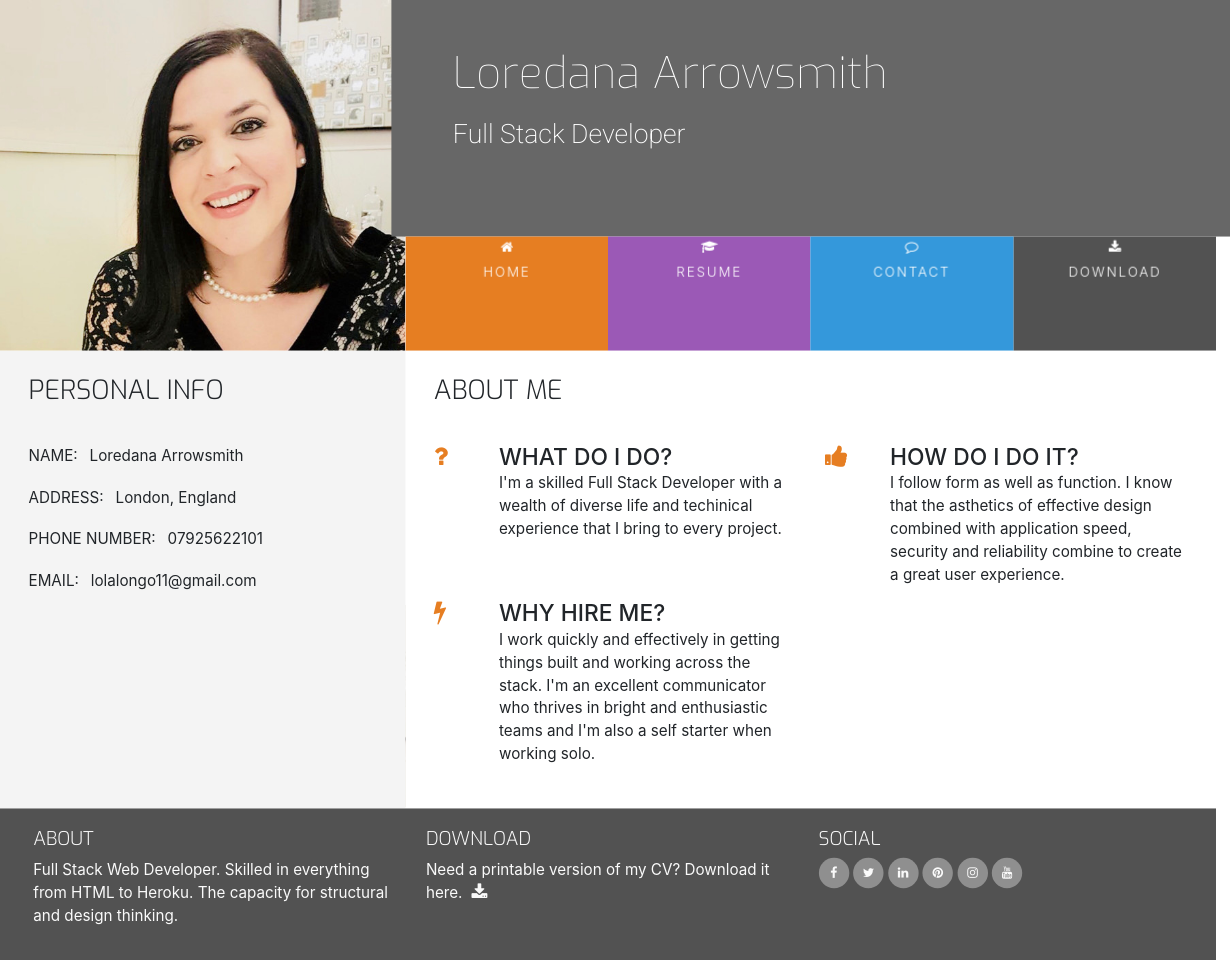
Repository: lolalongo11/Loredana-Resume
Page: index.html
The author's editor kept a record of every edit. The page is drawn from the files as they stood at one moment, then again after the next edit.
The browser window is 1280 px wide. The page is 1295 px wide, so the pictures cover 1295 px, including what lies to the right of the window. The pictures show the whole page, at 95% of full size.

Above is the page before.

### index.html
<!DOCTYPE html>
<html lang="en">

<head>
    <meta charset="UTF-8">
    <meta name="viewport" content="width=device-width, initial-scale=1.0">
    <meta http-equiv="X-UA-Compatible" content="ie=edge">
    <link rel="stylesheet" href="https://stackpath.bootstrapcdn.com/bootstrap/4.3.1/css/bootstrap.min.css" type="text/css" />
    <link rel="stylesheet" href="https://stackpath.bootstrapcdn.com/font-awesome/4.7.0/css/font-awesome.min.css" type="text/css" />
    <link rel="stylesheet" href="https://cdnjs.cloudflare.com/ajax/libs/hover.css/2.3.1/css/hover-min.css" type="text/css" />
    <link rel="stylesheet" href="assets/css/style.css" type="text/css" />
    <title>Loredana</title>
</head>

<body>
    <header>
        <div class="row no-gutters">
            <a href="index.html" class="col-md-4 logo">
                </a>

            <div class="col-md-8 no-gutters">
                <div class="row bg-color-name-title">
                    <div class="col heading">
                        <h1 class="name">Loredana Arrowsmith</h1>
                        <h2 class="title">Full Stack Developer</h2>
                    </div>
                </div>
                <div class="col no-gutters">
                    <ul id="nav" class="list-inline menucontainer">
                        <li class="col-6 col-sm-3 ui-menu-color-home list-inline-item menuitem">
                            <a href="#" class="hvr-sweep-to-bottom"><i class="fa fa-home" aria-hidden="true"></i><span>Home</span></a>
                        </li>
                        <li class="col-6 col-sm-3 ui-menu-color-resume list-inline-item menuitem">
                            <a href="#" class="hvr-sweep-to-bottom"><i class="fa fa-graduation-cap" aria-hidden="true"></i><span>Resume</span></a>
                        </li>
                        <li class="col-6 col-sm-3 ui-menu-color-contact list-inline-item menuitem">
                            <a href="#" class="hvr-sweep-to-bottom"><i class="fa fa-comment-o" aria-hidden="true"></i><span>Contact</span></a>
                        </li>
                        <li class="col-6 col-sm-3 ui-menu-color-download list-inline-item menuitem">
                            <a href="#" class="hvr-sweep-to-bottom"><i class="fa fa-download" aria-hidden="true"></i><span>Download</span></a>
                        </li>
                    </ul>
                </div>
            </div>
        </div>

    </header>
    <section class="container-fluid">
        <div class="row">
            <div class="col-md-4 bg-color-personal-info section-column">
                <div class="row">
                    <div class="col-12">
                        <h3 class="section-heading uppercase">
                            Personal Info
                        </h3>
                    </div>
                </div>
                <div class="personal-info-item">
                    <div class="key">
                        <p class="uppercase">
                            Name:
                        </p>
                    </div>
                    <div class="value">
                        <p>
                            Loredana Arrowsmith
                        </p>
                    </div>
                </div>
                <div class="personal-info-item">
                    <div class="key">
                        <p class="uppercase">
                            Address:
                        </p>
                    </div>
                    <div class="value">
                        <p>
                            London, England
                        </p>
                    </div>
                </div>
                 <div class="personal-info-item">
                    <div class="key">
                        <p class="uppercase">
                            Phone Number:
                        </p>
                    </div>
                    <div class="value">
                        <p>
                            07925622101
                        </p>
                    </div>

                </div>
                 <div class="personal-info-item">
                    <div class="key">
                        <p class="uppercase">
                            Email:
                        </p>
                    </div>
                    <div class="value">
                        <p>
                            lolalongo11@gmail.com
                        </p>
                    </div>

                </div>
            </div>
            <div class="col-md-8 bg-color-three-reasons section-column">
                <div class="row">
                    <div class="col">
                        <h3 class="section-heading uppercase">About Me</h3>
                    </div>
                </div>
                <div class="row">
                    <div class="col-10 offset-1 offset-sm-0 col-sm-4 col-md-6">
                        <div class="row">
                            <div class="col-2">
                                <i class="three-reasons-icon fa fa-question" aria-hidden="true"></i>
                            </div>
                            <div class="col-10">
                                <h4 class="three-reasons-heading uppercase">What do I do?</h4>
                                <p>
                                    I'm a skilled Full Stack Developer with a wealth of diverse life and techinical experience that I bring to every project.
                                </p>
                            </div>
                        </div>
                    </div>
                    <div class="col-10 offset-1 offset-sm-0 col-sm-4 col-md-6">
                        <div class="row">
                            <div class="col-2">
                                <i class="three-reasons-icon fa fa-thumbs-up" aria-hidden="true"></i>
                            </div>
                            <div class="col-10">
                                <h4 class="three-reasons-heading uppercase">How do I do it?</h4>
                                <p>
                                    I follow form as well as function. I know that the asthetics of effective design combined with application speed, security and reliability combine to create a great user experience.
                                </p>
                            </div>
                        </div>
                    </div>
                    <div class="col-10 offset-1 offset-sm-0 col-sm-4 col-md-6">
                        <div class="row">
                            <div class="col-2">
                                <i class="three-reasons-icon fa fa-bolt" aria-hidden="true"></i>
                            </div>
                            <div class="col-10">
                                <h4 class="three-reasons-heading uppercase">Why hire me?</h4>
                                <p>
                                    I work quickly and effectively in getting things built and working across the stack. I'm an excellent communicator who thrives in bright and enthusiastic teams and I'm also a self starter when working solo.
                                </p>
                            </div>
                        </div>
                    </div>
                </div>
            </div>
        </div>
    </section>
    <footer class="container-fluid">
        <div id="footer-details" class="row">
            <div class="col-sm-4">
                <h5 class="uppercase general-sub">About</h5>
                <p class="inline-block">
                    Full Stack Web Developer. Skilled in everything from HTML to Heroku. The capacity for structural and design thinking.
                </p>
            </div>
            <div class="col-sm-4">
                <h5 class="uppercase general-sub">Download</h5>
                <p class="inline-block">
                    Need a printable version of my CV? Download it here.
                    <a href="#" target="_blank" class="cv-pdf">
                        <i class="fa fa-download" aria-hidden="true"></i>
                        <span class="sr-only">Download link.</span>
                    </a>
                </p>
            </div>
            <div class="col-sm-4">
                <h5 class="uppercase general-sub">Social</h5>
                <ul class="list-inline social-links">
                    <li class="list-inline-item">
                        <a target="_blank" href="#">
                            <i class="fa fa-facebook" aria-hidden="true"></i>
                            <span class="sr-only">Facebook</span>
                        </a>
                    </li>
                    <li class="list-inline-item">
                        <a target="_blank" href="#">
                            <i class="fa fa-twitter" aria-hidden="true"></i>
                            <span class="sr-only">Twitter</span>
                        </a>
                    </li>
                    <li class="list-inline-item">
                        <a target="_blank" href="#">
                            <i class="fa fa-linkedin" aria-hidden="true"></i>
                            <span class="sr-only">LinkedIn</span>
                        </a>
                    </li>
                    <li class="list-inline-item">
                        <a target="_blank" href="#">
                            <i class="fa fa-pinterest" aria-hidden="true"></i>
                            <span class="sr-only">pinterest</span>
                        </a>
                    </li>
                    <li class="list-inline-item">
                        <a target="_blank" href="#">
                            <i class="fa fa-instagram" aria-hidden="true"></i>
                            <span class="sr-only">Instagram</span>
                        </a>
                    </li>
                    <li class="list-inline-item">
                        <a target="_blank" href="#">
                            <i class="fa fa-youtube" aria-hidden="true"></i>
                            <span class="sr-only">You Tube</span>
                        </a>

                    </li>

                </ul>
            </div>
        </div>

    </footer>
</body>

</html>

### assets/css/style.css
@import url('https://fonts.googleapis.com/css?family=Roboto:100,200,300,400,500,600,700|Exo:100,200,300,400,500,600,700');

/* ----------------------------------------------------Colours */

.bg-color-name-title {
    background-color: #676767;
}

.bg-color-three-reasons {
    background-color: #fff;

}

.bg-color-personal-info {
    background-color: #f4f4f4;
}

.ui-menu-color-home {
    background-color: #e67e22;
}

.ui-menu-color-resume {
    background-color: #9b59b6;
}

.ui-menu-color-contact {
    background-color: #3498db;
}

.ui-menu-color-download {
    background-color: #525252;
}

/* ----------------------------------------------------Special margins/padding/text */

h1,
h2,
h3,
h4 {
    margin: 0;
}

.uppercase {
    text-transform: uppercase;
}

.general-sub {
    font-family: "Exo", sans-serif;
    font-weight: 300;
    color: #fafafa;
}

.inline-block {
    display: inline-block;
}

.row-table {
    display: table;
}


.section-column {
    display: table-cell;
    padding: 0 30px 30px;
    float: none;
}

.section-heading {
    font-family: "Exo"; sans-serif;
    font-weight: 300;
    margin-top: 25px;
    margin-bottom: 40px;
}



/* ----------------------------------------------------Heading */

.header {
    margin: 0;
}

.heading {
    margin-left: 50px;
}

.logo {
    background: url("../images/loredana.jpg");
    background-position: center;
    background-repeat: no-repeat;
    background-size: cover;
    min-height: 360px;
    transition: all .5s ease-in-out;
    -moz-transition: all .5s ease-in-out;
    -webkit-transition: all .5s ease-in-out;
}

.name {
    font-family: "Exo", sans-serif;
    font-weight: 100;
    font-size: 46px;
    margin-top: 50px;
    color: #fff;
}

.title {
    font-family: "Roboto", sans-serif;
    font-weight: 200;
    font-size: 28px;
    margin-top: 20px;
    margin-bottom: 90px;
    color: #fff;

}

.list-inline-item:not(:last-child) {
    margin: 0;
}

.menucontainer {
    font-size: 0;
}

#nav li {
    font-size: 14px;
    padding: 0;
}

#nav {
    margin: 0px;
}

.menuitem {
    height: 120px;
    text-align: center;
    padding: 0;
}

.menuitem a {
    width: 100%;
    text-decoration: none;
    color: #fff;
    height: 120px;
}

.menu a i {
    padding-top: 22px;
    display: block;
    color: #fafafa;
    font-size: 26px;
}

.menuitem span {
    display: block;
    width: 100%;
    padding-top: 5px;
    text-align: center;
    text-transform: uppercase;
    font-size: 14px;
    font-weight: 300;
    letter-spacing: 2px;
}

/* ----------------------------------------------------Hover.css */

.hvr-sweep-to-bottom:before {
    background: rgba(0, 0, 0, 0.2);
    height: 120px;
}

/* ----------------------------------------------------Footer */

footer {
    background-color: #525252;
    color: #fafafa;
    min-height: 120px;
    margin: 0;
}

.cv-pdf i {
    font-size: 18px;
    color: #fafafa;
    text-align: center;
    padding-left: 5px;
    transition: all 0.35s ease-in-out;
    -moz-transition: all 0.35s ease-in-out;
    -webkit-transition: all 0.35s ease-in-out;
    -o-transition: all 0.35s ease-in-out;
}

.cv-pdf i:hover {
    color: #e84610;
}

.social-links {
    padding-bottom: 15px;
}

.social-links li a i {
    width: 32px;
    height: 32px;
    padding: 12px 0;
    border-radius: 50%;
    font-size: 13px;
    line-height: 7px;
    text-align: center;
    color: #fafafa;
    background-color: #8f8f8f;
    transition: all 0.35s ease-in-out;
    -moz-transition: all 0.35s ease-in-out;
    -webkit-transition: all 0.35s ease-in-out;
    -o-transition: all 0.35s ease-in-out;
}

.social-links li a i:hover {
    background: #e84610;
}

#footer-details{
    padding: 20px;
}

/* ----------------------------------------------------Three reasons */

.three-reasons-icon {
    font-size: 26px;
    color: #e67e22;
}

.three-resons-heading {
    margin-bottom: 15px
}

/* ----------------------------------------------------Personal info */

.personal-info-item {
    margin-bottom: 20px;
    display: block;
    clear: both;
}

.personal-info-item .key,
.personal-info-item .value {
  padding-right: 8px;
  display: inline-block;
}

.personal-info-item .key p,
.personal-info-item .value p {
    margin: 0;
}

.personal-item-info .key {
    width: 30%;
    margin-right: 21px;
    padding-top: 2px;
    vertical-align: top;

}

.personal-item-info .key p{
    font-weight: 700;

}

.personal-item-info .value,{
     position:relative;
     width: 60%;
}

After the next edit:
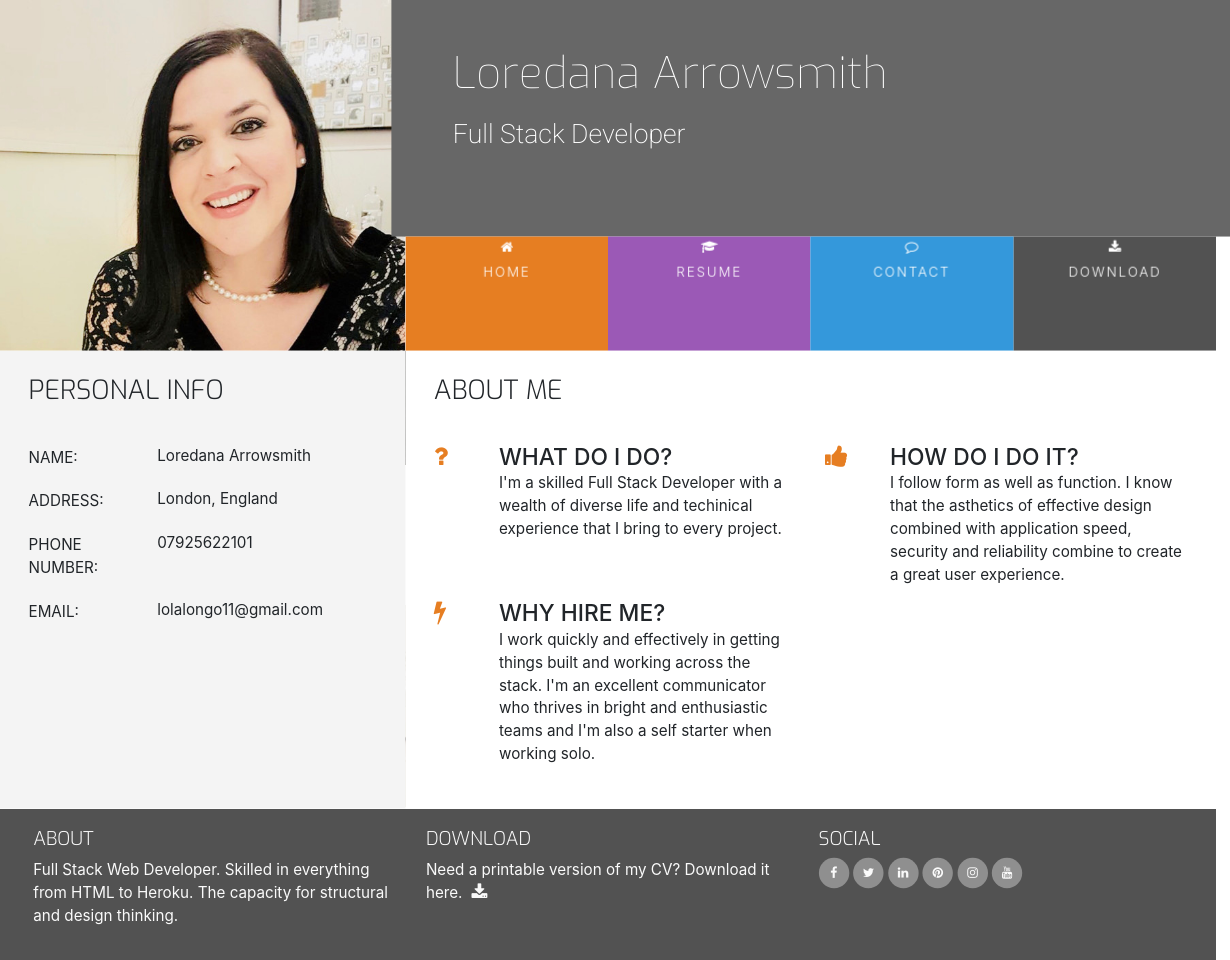
The edit:
--- a/assets/css/style.css
+++ b/assets/css/style.css
@@ -250,7 +250,7 @@
     margin: 0;
 }
 
-.personal-item-info .key {
+.personal-info-item .key {
     width: 30%;
     margin-right: 21px;
     padding-top: 2px;
